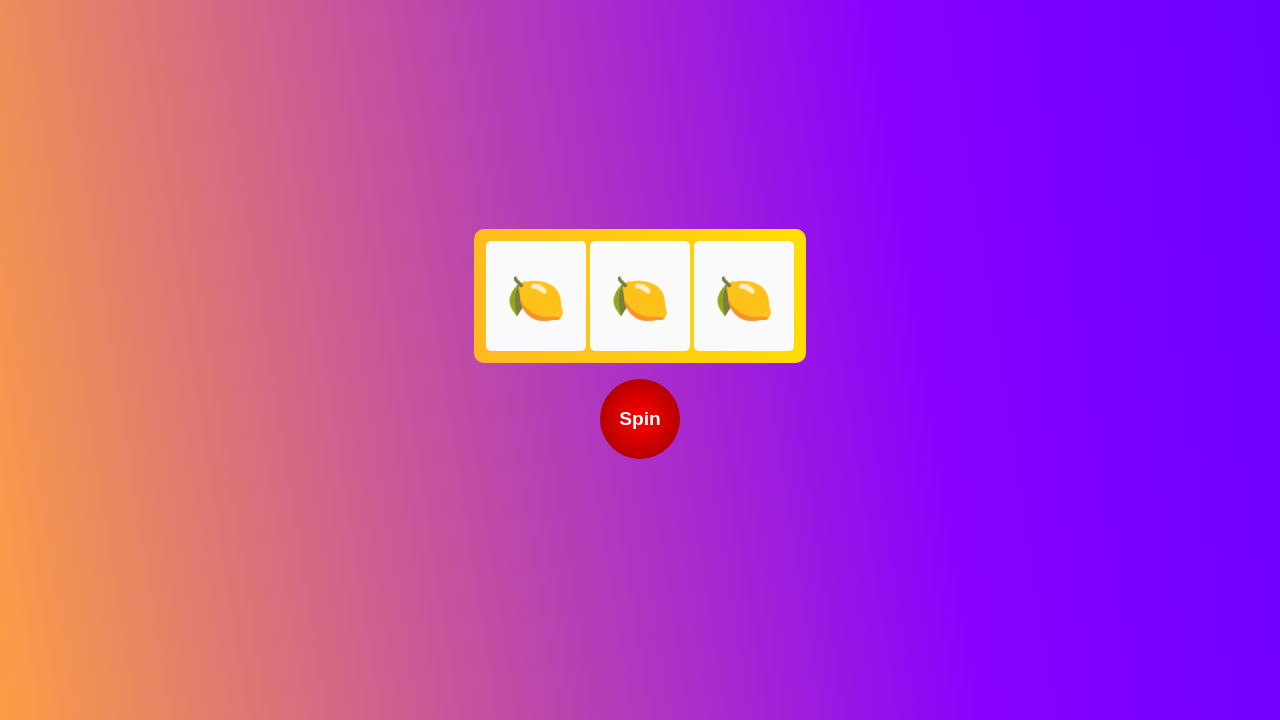
Repository: HERBOD7/slotmachine
Page: /
An editor plug-in stored every save of this project. The page is shown before and after the next save, followed by the edit.
The browser window is 1280 px wide. The pictures show the whole page.
The pointer rests on the first visible `.spinner`.
The project was rebuilt for these pictures with package versions that can differ from the ones it lists, and the page was loaded fresh each time. Also part of the build but not shown: vue.config.js.

Above is the page before, as saved 2023-07-23 12:04:51.

### src/App.vue
<template>
  <div id="app">
    <div class="slots">
      <div class="slot" v-for="(symbol, name, i) in symbols" :key="i">
        <SlotBox
          :symbols="symbol"
          :slotName="name"
          :slotIsShuffling="isShuffling"
        />
      </div>
    </div>

    <div class="buttons">
      <button @click="spin" class="spinner">Spin</button>
    </div>
  </div>
</template>

<script>
import SlotBox from "./components/SlotBox.vue";

export default {
  name: "App",
  components: {
    SlotBox,
  },
  data() {
    return {
      symbols: {
        firstSlot: ["🍋", "🍉", "🍒", "🍊"],
        secondSlot: ["🍋", "🍉", "🍒", "🍊"],
        thirdSlot: ["🍋", "🍉", "🍒", "🍊"],
      },
      isShuffling: false,
    };
  },
  methods: {
    spin() {
      this.isShuffling = true;
      for (let name in this.symbols) {
        const arr = [];
        arr.push(...this.symbols[name]);
        this.symbols[name] = this.shuffle(arr);
      }
      setTimeout(() => {
        this.isShuffling = false;
      }, 100);
    },
    shuffle(array) {
      for (let i = array.length - 1; i > 0; i--) {
        const j = Math.floor(Math.random() * (i + 1));
        [array[i], array[j]] = [array[j], array[i]];
      }
      return array;
    },
  },
};
</script>

<style>
body {
  width: 100vw;
  height: 100vh;
  margin: 0;
  padding: 0;
}

#app {
  width: 100%;
  height: 100%;
  display: flex;
  flex-direction: column;
  justify-content: center;
  align-items: center;
  background: rgb(106, 0, 255);
  background: linear-gradient(
    261deg,
    rgba(106, 0, 255, 1) 0%,
    rgba(136, 0, 255, 1) 29%,
    rgba(252, 158, 69, 1) 100%
  );
}

.slots {
  display: flex;
  background: rgb(255, 222, 1);
  background: linear-gradient(
    261deg,
    rgba(255, 222, 1, 1) 0%,
    rgba(255, 185, 33, 1) 100%
  );
  padding: 10px;
  border-radius: 10px;
}

.slot {
  background: #fafafa;
  width: 100px;
  height: 110px;
  overflow: hidden;
  border-radius: 5px;
  margin: 2px;
}

.buttons {
  margin: 1rem 0 2rem 0;
}

button {
  cursor: pointer;
  font-size: 1.2rem;
  margin: 0 0.2rem;
  border: none;
  border-radius: 5px;
  padding: 10px 15px;
}

.spinner {
  height: 80px;
  width: 80px;
  border-radius: 100%;
  background: rgb(255, 0, 0);
  background: radial-gradient(
    circle,
    rgba(255, 0, 0, 1) 0%,
    rgba(153, 0, 0, 1) 100%
  );
  color: white;
  font-weight: bold;
}
</style>

### src/components/SlotBox.vue
<template>
  <div class="boxes">
    <div
      :class="[
        'box',
        slotIsShuffling ? 'before-animate blur' : slotName + '-animation',
      ]"
      v-for="(item, index) in symbols"
      :key="index"
    >
      {{ item }}
    </div>
  </div>
</template>

<script>
export default {
  name: "SlotBox",
  props: {
    symbols: Array,
    slotIsShuffling: Boolean,
    slotName: String,
  },
};
</script>

<!-- Add "scoped" attribute to limit CSS to this component only -->
<style scoped>
.boxes {
  transform: translateY(0);
  transition: transform 1s ease-in-out;
}

.box {
  display: flex;
  justify-content: center;
  align-items: center;
  font-size: 3rem;
  height: 110px;
  width: 100px;
}

.firstSlot-animation {
  transform: translateY(3px);
  transition: transform 0.5s ease-in-out;
}

.secondSlot-animation {
  transform: translateY(3px);
  transition: transform 0.8s ease-in-out;
}

.thirdSlot-animation {
  transform: translateY(3px);
  transition: transform 1s ease-in-out;
}

.before-animate {
  transform: translateY(-20px);
}

.blur {
  filter: blur(1px);
}
</style>

Loaded but not shown: public/index.html (common file); src/main.js (common file)

After the next save:
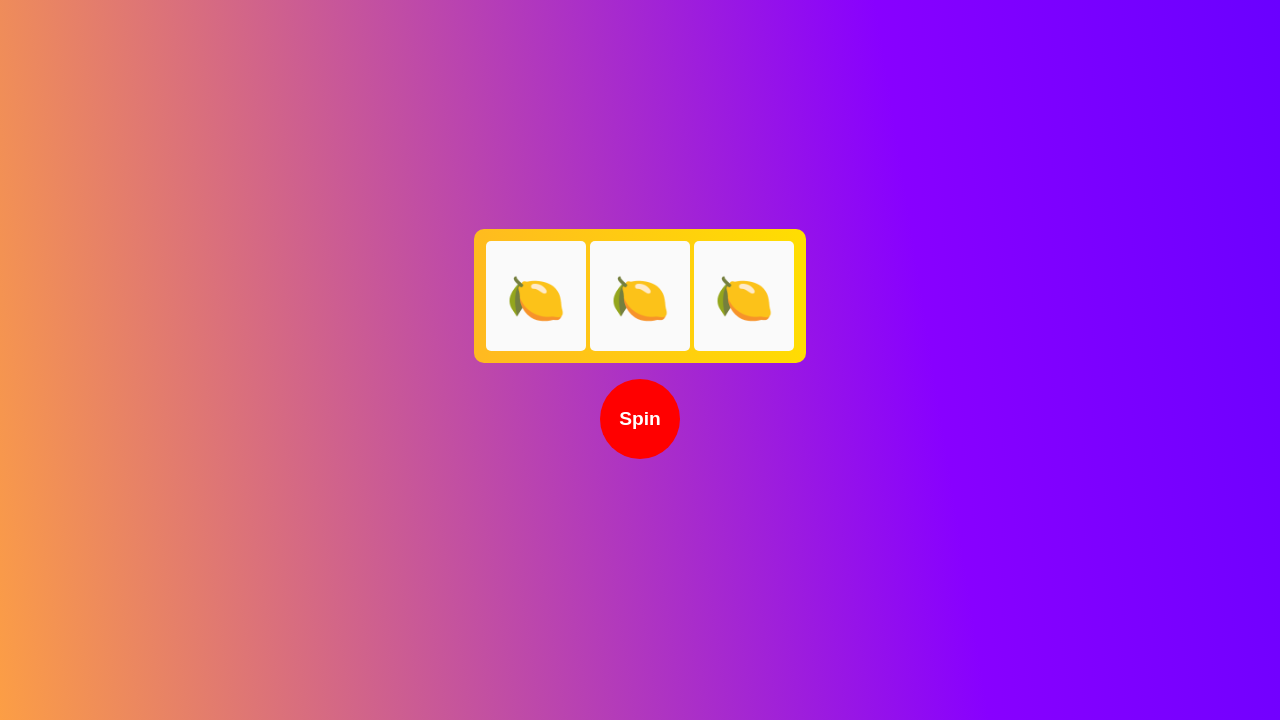
Saved 44 s later.
--- a/src/App.vue
+++ b/src/App.vue
@@ -128,4 +128,8 @@ button {
   color: white;
   font-weight: bold;
 }
+
+.spinner:hover {
+  background: rgb(255, 0, 0);
+}
 </style>
